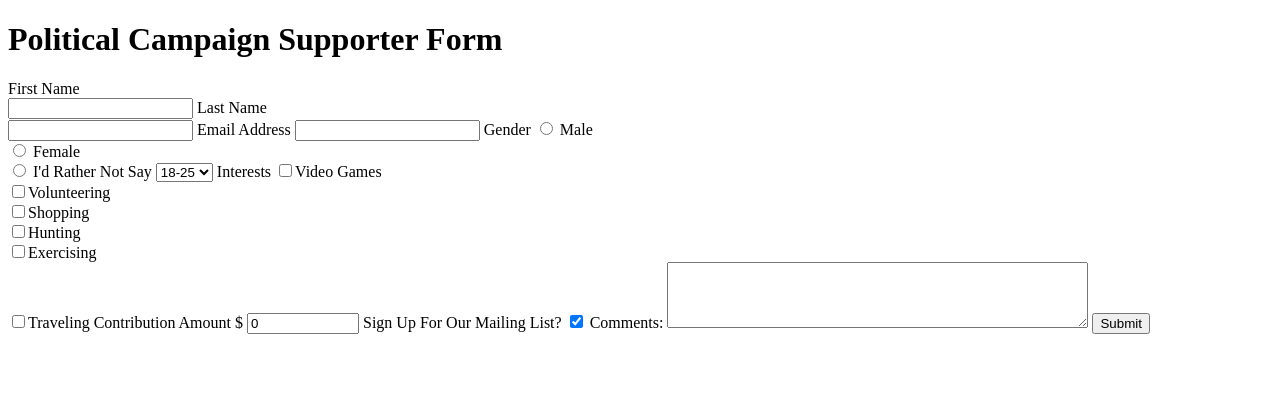
Repository: ryanaanderson0/COSW30
Page: Homework/Homework2/contact.html
The author's editor kept a record of every edit. The page is drawn from the files as they stood at one moment, then again after the next edit.
The browser window is 1280 px wide. The pictures show the whole page.

Above is the page before.

After the next edit:
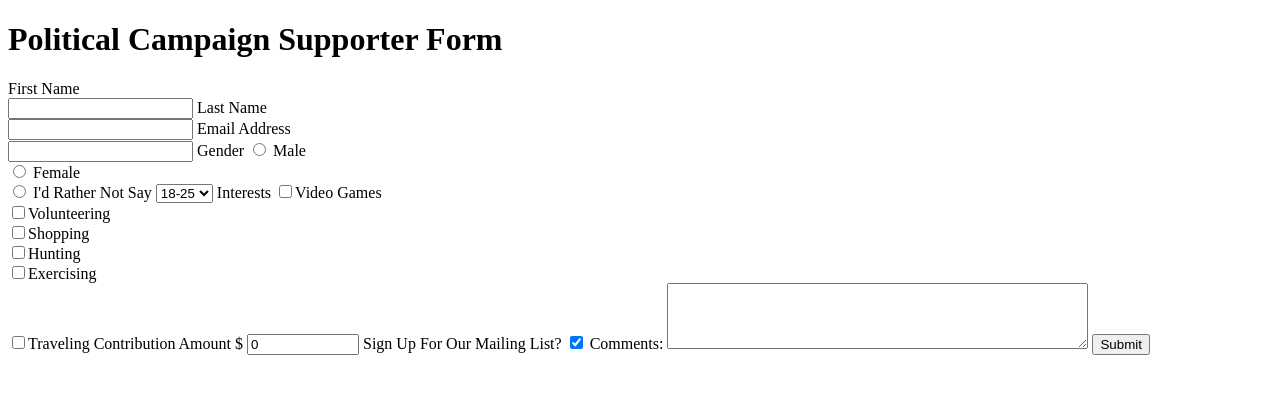
The edit:
--- a/Homework/Homework2/contact.html
+++ b/Homework/Homework2/contact.html
@@ -15,7 +15,7 @@
         <label>Last Name</label> <br>
         <input type="text" id="last_name" name="last_name" required>
 
-        <label>Email Address</label>
+        <label>Email Address</label> <br>
         <input type="email" id="email" name="email" required>
 
         <label>Gender</label>
